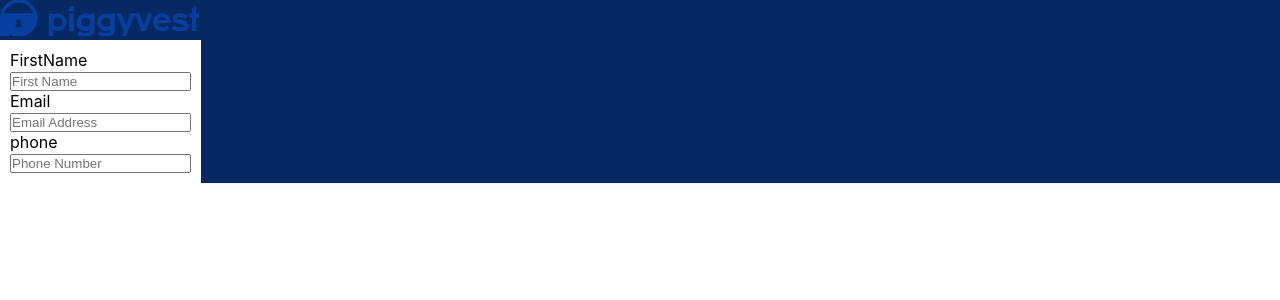
Repository: hisreal123/PiggyVest-login-Clone
Page: /RegisterPage
The author's editor kept a copy of each file at every save. The page is drawn from the files as they stood at one save, then again after the next save.
The browser window is 1280 px wide. The pictures show the whole page.
The project was rebuilt for these pictures with package versions that can differ from the ones it lists, and the page was loaded fresh each time. The framework's server and built-in components were replaced by stand-ins that run in the browser. Also part of the build but not shown: next.config.js.

Above is the page before, as saved 2022-07-29 22:11:40.

After the next save:
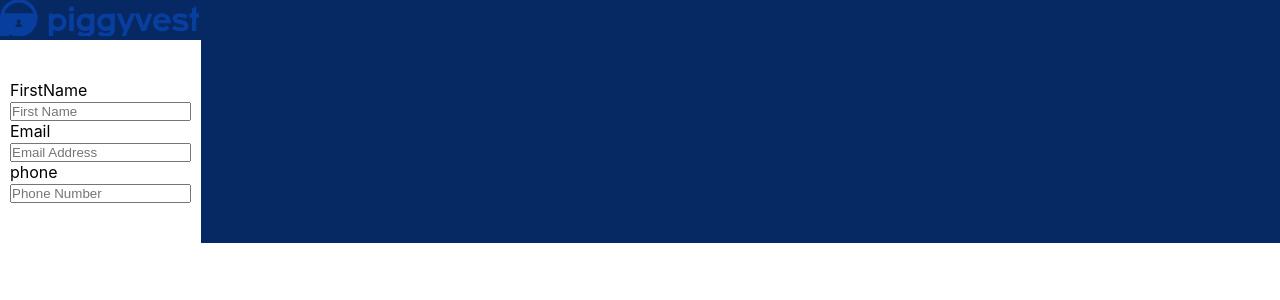
Saved 9 s later.
--- a/styles/All.scss
+++ b/styles/All.scss
@@ -5,6 +5,6 @@
   .RegisterForm {
     background-color: rgb(255, 255, 255);
     width: fit-content;
-    padding: 10px 10px;
+    padding: 40px 10px;
   }
 }
